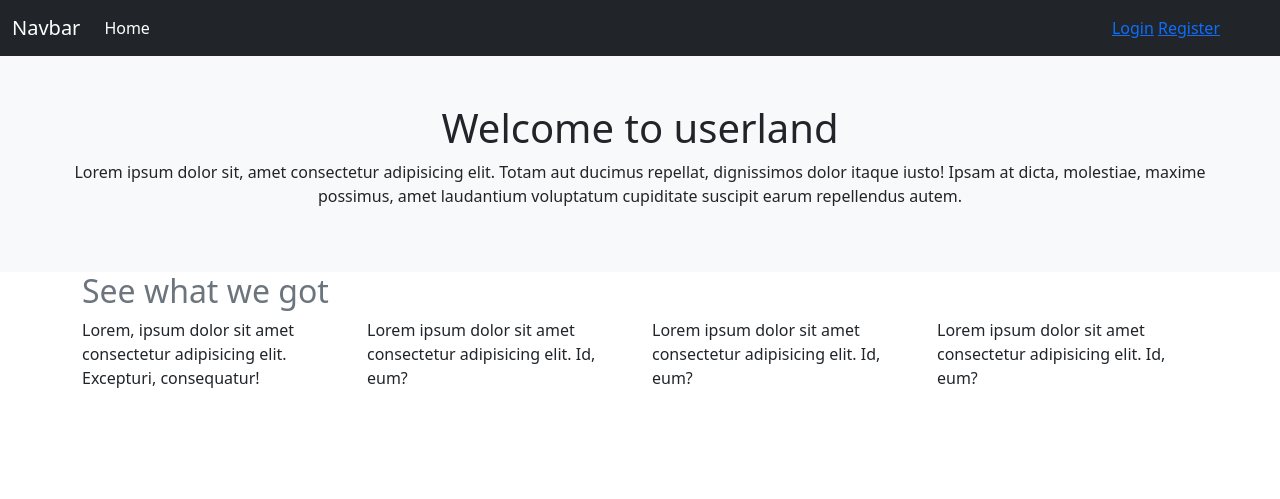
Repository: BrittleHeart/symfony-users--crud
Page: templates/home/home.html.twig
The author's editor kept a copy of each file at every save. The page is drawn from the files as they stood at one save, then again after a run of saves.
The browser window is 1280 px wide. The pictures show the whole page.
The page is a Twig template of a Symfony application; nobody is signed in and links lead nowhere. The template is opened directly, without the code that normally fills it, so the values that code supplies are empty.

Above is the page before, as saved 2021-02-20 15:50:51.

### templates/home/home.html.twig
{% extends 'home.html.twig' %}

{% block body %}

	<header class="p-5 bg-light text-center">
		<h1 class="jumbotron-header">Welcome to userland</h1>
		<p class="jumbotron-description">Lorem ipsum dolor sit, amet consectetur adipisicing elit. Totam aut ducimus repellat, dignissimos dolor itaque iusto! Ipsam at dicta, molestiae, maxime possimus, amet laudantium voluptatum cupiditate suscipit earum repellendus autem.</p>
	</header>

	<main class="main">
		<div class="container">
			<h2 class="text-muted">See what we got</h2>
			<div class="row">
				<div class="col-md-3">Lorem, ipsum dolor sit amet consectetur adipisicing elit. Excepturi, consequatur!</div>
				<div class="col-md-3">Lorem ipsum dolor sit amet consectetur adipisicing elit. Id, eum?</div>
				<div class="col-md-3">Lorem ipsum dolor sit amet consectetur adipisicing elit. Id, eum?</div>
				<div class="col-md-3">Lorem ipsum dolor sit amet consectetur adipisicing elit. Id, eum?</div>
			</div>
		</div>
	</main>

{% endblock %}

### templates/home.html.twig
<!DOCTYPE html>
<html>
	<head>
		<meta charset="UTF-8">
		<title>
			{% block title %}Users Crud - Overblitz
			{% endblock %}
		</title>
		{# Run `composer require symfony/webpack-encore-bundle`
		           and uncomment the following Encore helpers to start using Symfony UX #}
		{% block stylesheets %}
			<link href="https://cdn.jsdelivr.net/npm/bootstrap@5.0.0-beta2/dist/css/bootstrap.min.css" rel="stylesheet" integrity="sha384-BmbxuPwQa2lc/FVzBcNJ7UAyJxM6wuqIj61tLrc4wSX0szH/Ev+nYRRuWlolflfl" crossorigin="anonymous">
		{% endblock %}

		{% block javascripts %}
			{#{{ encore_entry_script_tags('app') }}#}
		{% endblock %}
	</head>
	<body>
		<nav class="navbar navbar-expand-lg navbar-dark bg-dark">
			<div class="container-fluid">
				<a class="navbar-brand" href="#">Navbar</a>
				<button class="navbar-toggler" type="button" data-bs-toggle="collapse" data-bs-target="#navbarSupportedContent" aria-controls="navbarSupportedContent" aria-expanded="false" aria-label="Toggle navigation">
					<span class="navbar-toggler-icon"></span>
				</button>
				<div class="collapse navbar-collapse" id="navbarSupportedContent">
					<ul class="navbar-nav me-auto mb-2 mb-lg-0">
						<li class="nav-item">
							<a class="nav-link active" aria-current="page" href="/">Home</a>
						</li>
					</ul>
					<div class="d-flex justify-content-between mx-5">
                        <a href="" class="mr-3">Login</a> &nbsp;
                        <a href="">Register</a>
                    </div>
				</div>
			</div>
		</nav>
		<div class="wrapper">
            {% block body %}{% endblock %}
		</div>
		</body>
	</html>

After the next 2 saves:
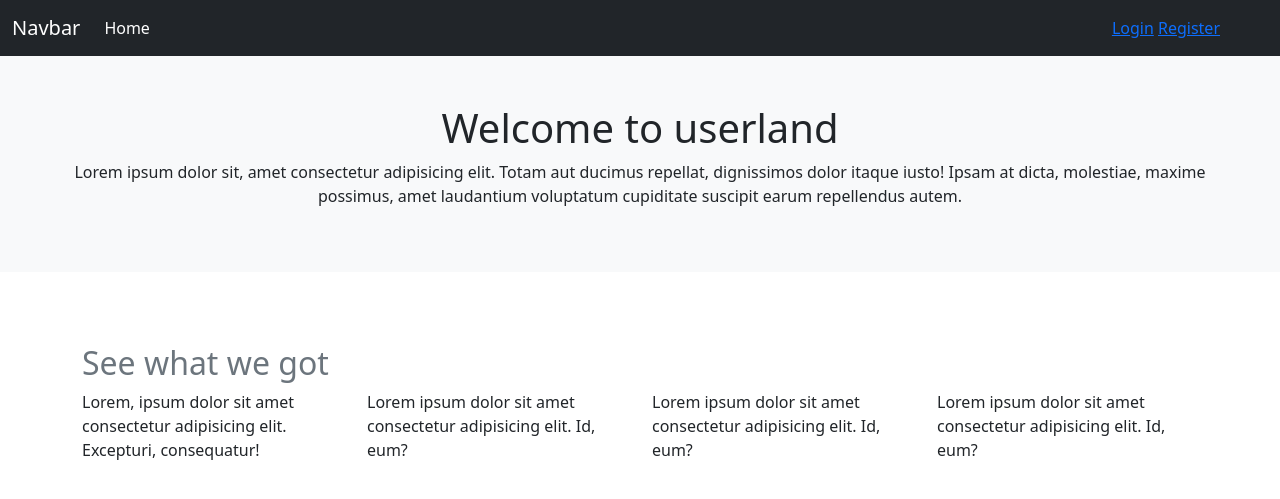
The 2 saves are shown as one change because they came seconds apart.
The last was saved 11 s later.
--- a/templates/home/home.html.twig
+++ b/templates/home/home.html.twig
@@ -7,7 +7,7 @@
 		<p class="jumbotron-description">Lorem ipsum dolor sit, amet consectetur adipisicing elit. Totam aut ducimus repellat, dignissimos dolor itaque iusto! Ipsam at dicta, molestiae, maxime possimus, amet laudantium voluptatum cupiditate suscipit earum repellendus autem.</p>
 	</header>
 
-	<main class="main">
+	<main class="main my-5 p-4">
 		<div class="container">
 			<h2 class="text-muted">See what we got</h2>
 			<div class="row">
